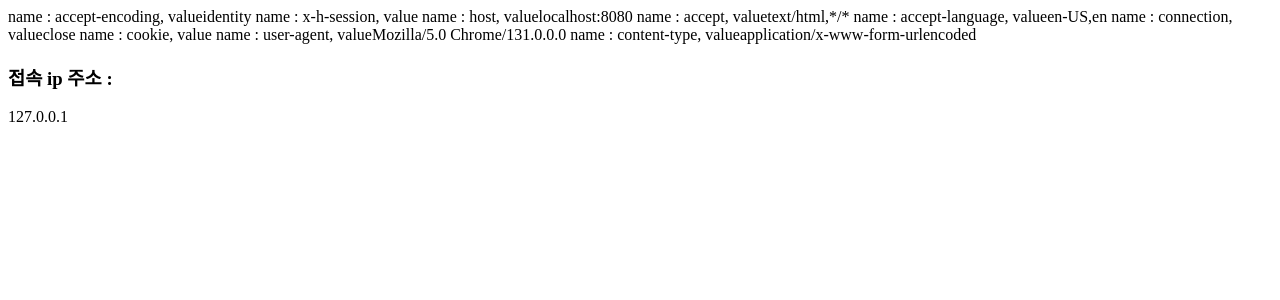
Repository: Rua1006/JSP
Page: http://localhost/practice02/02.Header.jsp
An editor plug-in stored every save of this project. The page is shown before and after a run of saves, followed by the edit.
The browser window is 1280 px wide. The pictures show the whole page.
The page is served by Tomcat 9.

Above is the page before, as saved 2022-11-10 01:49:59.

After the next 2 saves:
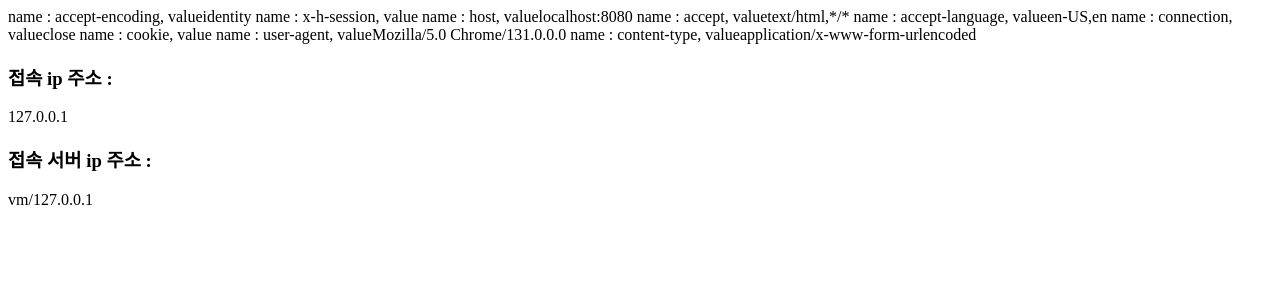
The 2 saves are shown as one change because 1 did not build or start.
The last was saved 37 s later.
--- a/practice02/WebContent/02.Header.jsp
+++ b/practice02/WebContent/02.Header.jsp
@@ -21,6 +21,7 @@
 	}
 		out.println("<h3>접속 ip 주소  : </h3>"+request.getLocalAddr());
 		InetAddress ipaddr = InetAddress.getLocalHost();
+		out.println("<h3>접속 서버 ip 주소  : </h3>"+ipaddr);
 %>
 </body>
 </html>
